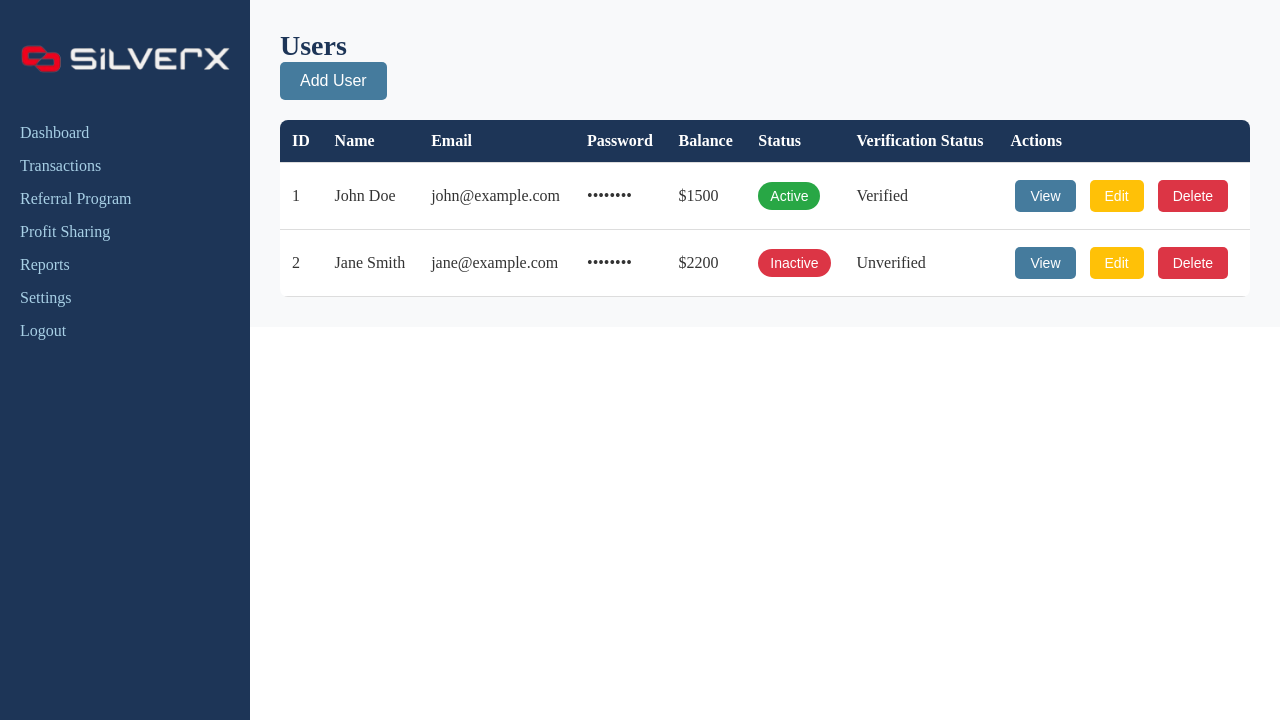
Repository: 2025silverx/slivedrX
Page: index.html
The author's editor kept a copy of each file at every save. The page is drawn from the files as they stood at one save, then again after the next save.
The browser window is 1280 px wide. The pictures show the whole page.

Above is the page before, as saved 2025-01-19 20:59:32.

After the next save:
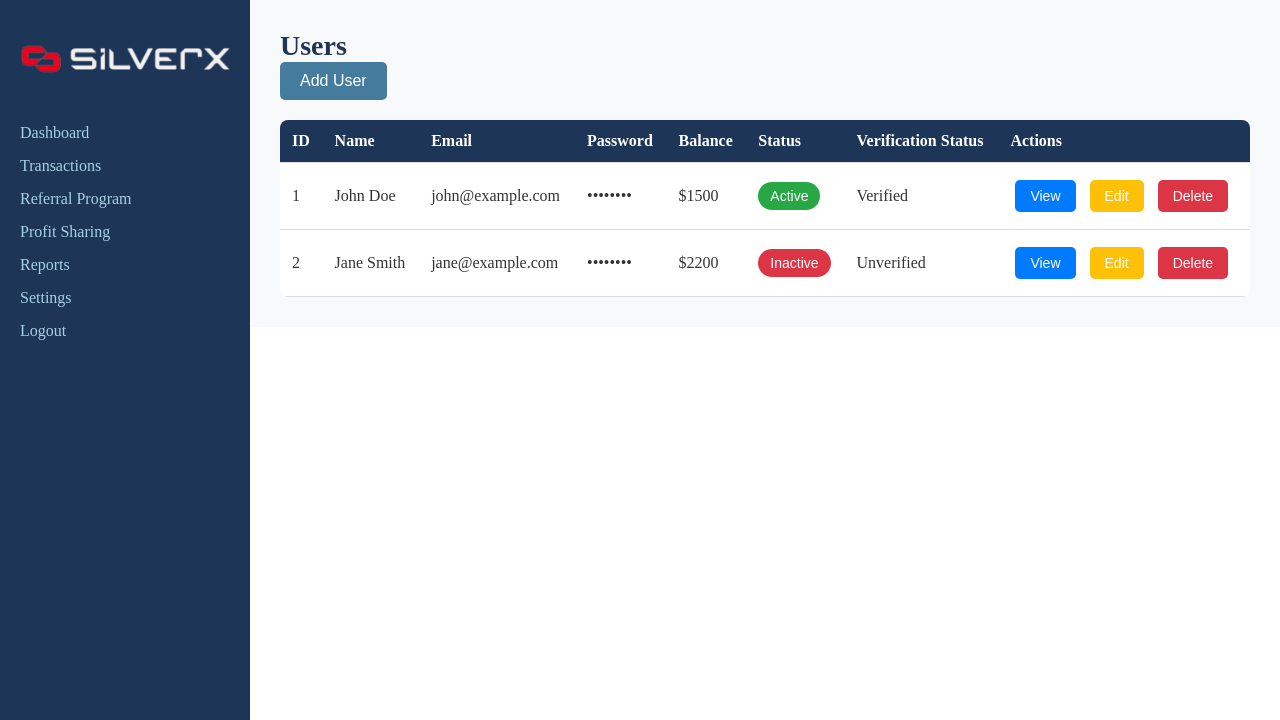
Saved 3 min 1 s later.
--- a/style.css
+++ b/style.css
@@ -123,7 +123,7 @@ td {
 }
 
 .action-btn.view {
-    background-color: #457b9d;
+    background-color: #007bff;
     color: white;
 }
 
